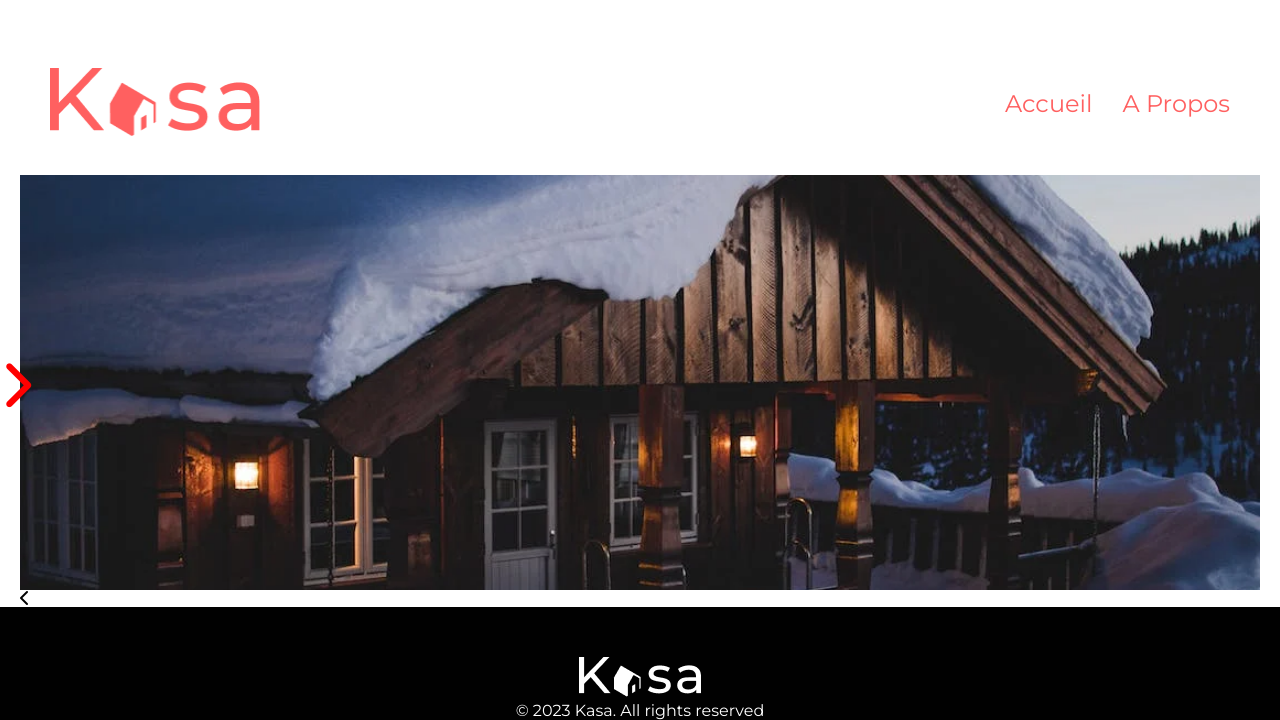
Repository: Ascaris29/Kasa_oc
Page: /essai (app in kasa_project/)
The author's editor kept a copy of each file at every save. The page is drawn from the files as they stood at one save, then again after a run of saves.
The browser window is 1280 px wide. The pictures show the whole page.
Some web libraries are served in a nearby version. The project was rebuilt for these pictures with package versions that can differ from the ones it lists, and the page was loaded fresh each time. Also part of the build but not shown: kasa_project/src/pages/homepage/Homepage.module.scss, kasa_project/src/pages/homepage/components/CardLogement.module.scss, kasa_project/src/pages/homepage/components/CardLogement.js, kasa_project/src/pages/homepage/Homepage.js, kasa_project/src/pages/404/404.module.scss, kasa_project/src/pages/404/404.js, kasa_project/src/pages/a_propos/APropos.module.scss, kasa_project/src/pages/a_propos/components/CardDescription.module.scss and 6 more.

Above is the page before, as saved 2023-03-16 16:05:23.

### kasa_project/public/index.html
<!DOCTYPE html>
<html lang="fr">
  <head>
    <meta charset="utf-8" />
    <link rel="icon" href="%PUBLIC_URL%/favicon.ico" />
    <meta name="viewport" content="width=device-width, initial-scale=1" />
    <meta name="theme-color" content="#000000" />
    <meta
      name="description"
      content="Web site created using create-react-app"
    />
    <link rel="apple-touch-icon" href="%PUBLIC_URL%/logo192.png" />
    <!--
      manifest.json provides metadata used when your web app is installed on a
      user's mobile device or desktop. See https://developers.google.com/web/fundamentals/web-app-manifest/
    -->

    <!----------------------------------------------------------- Fonts ----------------------------------------------------------------------->
    <link rel="preconnect" href="https://fonts.googleapis.com">
    <link rel="preconnect" href="https://fonts.gstatic.com" crossorigin>
    <link href="https://fonts.googleapis.com/css2?family=Montserrat:wght@400;500;600&family=Roboto&display=swap" rel="stylesheet">
    <!----------------------------------------------------------- Icons ----------------------------------------------------------------------->
    <script src="https://kit.fontawesome.com/e65359aae8.js" crossorigin="anonymous"></script>
    <!--
      Notice the use of %PUBLIC_URL% in the tags above.
      It will be replaced with the URL of the `public` folder during the build.
      Only files inside the `public` folder can be referenced from the HTML.

      Unlike "/favicon.ico" or "favicon.ico", "%PUBLIC_URL%/favicon.ico" will
      work correctly both with client-side routing and a non-root public URL.
      Learn how to configure a non-root public URL by running `npm run build`.
    -->
    <title>Kasa</title>
  </head>
  <body>
    <noscript>You need to enable JavaScript to run this app.</noscript>
    <div id="root"></div>
    <!--
      This HTML file is a template.
      If you open it directly in the browser, you will see an empty page.

      You can add webfonts, meta tags, or analytics to this file.
      The build step will place the bundled scripts into the <body> tag.

      To begin the development, run `npm start` or `yarn start`.
      To create a production bundle, use `npm run build` or `yarn build`.
    -->
  </body>
</html>

### kasa_project/src/index.js
import React from 'react';
import ReactDOM from 'react-dom/client';
import App from './App';
import reportWebVitals from './reportWebVitals';
import './assets/styles/index.scss';
import { RouterProvider } from 'react-router-dom';
import { router } from "./router";

const root = ReactDOM.createRoot(document.getElementById('root'));
root.render(
  <React.StrictMode>
    <RouterProvider router={router} />
  </React.StrictMode>
);

// If you want to start measuring performance in your app, pass a function
// to log results (for example: reportWebVitals(console.log))
// or send to an analytics endpoint. Learn more: https://bit.ly/CRA-vitals
reportWebVitals();

### kasa_project/src/App.js
import Header from "./components/header/Header";
import Footer from "./components/footer/Footer";
import style from "./App.module.scss";
import Homepage from "./pages/homepage/Homepage";
import { Outlet } from "react-router-dom";

function App() {
  return (
      <div className={`${style.app} d-flex flex-column`}>
        <Header />
          <Outlet />
        <Footer />
      </div>
  );
}

export default App;

### kasa_project/src/assets/styles/index.scss
@use './base';
@use './flex';
@use './mixins';
@use './utils';
@use './variables';

### kasa_project/src/router.js
import { createBrowserRouter } from 'react-router-dom';
import App from './App';
import Error404 from './pages/404/404';
import APropos from './pages/a_propos/APropos';
import Homepage from './pages/homepage/Homepage';
import Caroussel from './pages/logement/components/caroussel/Caroussel';
import FicheLogement from './pages/logement/FicheLogement';


export const router = createBrowserRouter([
    {
        path : "/",
        element : <App />,
        errorElement: <Error404 />,
        children : [
            {
                path : "/",
                element : <Homepage />
            } ,
            {
                path : "/homepage",
                element : <Homepage />
            },
            {
                path: "/apropos",
                element : <APropos />
            },
            {
                path: "/logement/:id",
                element : <FicheLogement />
            },
            {
                path: "/essai",
                element: <Caroussel />
            }
        ],
    }
])

### kasa_project/src/components/header/Header.js
import image from "../../assets/images/logo_header.png";
import style from "./Header.module.scss";
import { Link, NavLink } from "react-router-dom";

export default function Header(){
    return (
        <header className={`${style.header} d-flex justify-between align-center`}>
            <Link className={`${style.headerIcon}`} to="/homepage">
                <img src={image} alt="logo du site Kasa representant une maison"/>
            </Link>
            <div className={`${style.headerNav}`}>
                <ul className="d-flex">
                    <NavLink
                    className={`${style.headerItems} m-r-30`}
                    to="/homepage"
                    end
                    >
                    Accueil
                    </NavLink>
                    <NavLink
                    className={`${style.headerItems}`}
                    to="/apropos"
                    >
                    A Propos
                    </NavLink>
                </ul>
            </div>
        </header>
    )
}

### kasa_project/src/components/footer/Footer.js
import style from "./Footer.module.scss";
import image from "../../assets/images/logo_footer.png";

export default function Footer(){
    return (
        <footer className={`${style.footer} d-flex p-t-50 flex-column justify-center align-center`}>
            <div className={`${style.footerLogo} `}>
                <img src={image} alt="" />
            </div>
            <div className="footerText">
                <p>© 2023 Kasa. All rights reserved</p>
            </div>
        </footer>
    )
}

### kasa_project/src/App.module.scss
.app{
    min-height:100vh;
}

### kasa_project/src/assets/styles/_base.scss

*{
    box-sizing: border-box;
}

body{
    margin:0;
    padding:0;
    font-family: var(--montserrat);

}

p{
    margin:0;
}

li{
    list-style-type: none;

}

.link{
    color:var(--primary);
    font-size:18px;
}

.active{
    text-decoration:underline;
}

### kasa_project/src/assets/styles/_flex.scss
.d-flex{
    display: flex;
}

.flex-column{
    flex-direction : column;
}

.flex-row{
    flex-direction: row;
}

.justify-center{
    justify-content: center;
}

.align-center{
    align-items: center;
}

.flex-fill{
    flex : 1 1 auto;
}

.justify-between{
    justify-content: space-between;
}

### kasa_project/src/assets/styles/_mixins.scss
@mixin xs{
    @media (max-width:576px){
        @content;
    }
}

@mixin sm{
    @media (min-width : 577px) and (max-width : 768px){
        @content;
    }
}

@mixin sm-lt{
    @media (max-width : 768px){
        @content;
    }
}

@mixin md{
    @media (min-width : 769px) and (max-width : 992px){
        @content;
    }
}

@mixin md-lt{
    @media (max-width : 992px){
        @content;
    }
}

@mixin lg{
    @media (min-width : 993px) and (max-width : 1200px){
        @content;
    }
}

@mixin lg-lt{
    @media (max-width : 1200px){
        @content;
    }
}

@mixin xl{
    @media (min-width : 1201px){
        @content;
    }
}

### kasa_project/src/assets/styles/_utils.scss
/*------------------------------------ General ------------------------------*/
.container{
    max-width:1200px;
    margin: auto;
    width:100%;
}
.card{

}
.calc{
    position:fixed;
    top:0;
    left:0;
    width:100%;
    height:100vh;
}

/*------------------------------------ Padding ------------------------------*/
.p-5{
    padding: 5px;
}
.p-10{
    padding:10px;
}
.p-20{
   padding:20px;
}
.p-30{
    padding:30px;
}
.p-40{
    padding:40px;
}
.p-50{
    padding:50px;
}

.p-b-5{
   padding-bottom: 5px;
}
.p-b-10{
   padding-bottom: 10px;
}
.p-b-20{
    padding-bottom: 20px;
}
.p-b-30{
    padding-bottom: 30px;
}
.p-b-40{
    padding-bottom: 40px;
}
.p-b-50{
    padding-bottom: 50px;
}


.p-t-5{
    padding-top: 5px;
}
.p-t-10{
    padding-top: 10px;
}
.p-t-20{
     padding-top: 20px;
}
.p-t-30{
     padding-top: 30px;
}
.p-t-40{
    padding-top: 40px;
}
.p-t-50{
    padding-top: 50px;
}


.p-l-5{
    padding-left: 5px;
}
.p-l-10{
    padding-left: 10px;
}
.p-l-20{
     padding-left: 20px;
}
.p-l-30{
     padding-left: 30px;
}
.p-l-40{
    padding-left: 40px;
}
.p-l-50{
    padding-left: 50px;
}



.p-r-5{
    padding-right: 5px;
}
.p-r-10{
    padding-right: 10px;
}
.p-r-20{
     padding-right: 20px;
}
.p-r-30{
     padding-right: 30px;
}
.p-r-40{
    padding-right: 40px;
}
.p-r-50{
    padding-right: 50px;
}


/*------------------------------------------------ Margin -------------------------------------------*/

.m-auto{
    margin:auto;
}
.m-5{
    margin: 5px;
}
.m-10{
    margin:10px;
}
.m-20{
   margin:20px;
}
.m-30{
    margin:30px;
}
.m-40{
    margin:40px;
}
.m-50{
    margin:50px;
}



.m-b-5{
    margin-bottom: 5px;
}
.m-b-10{
    margin-bottom: 10px;
}
.m-b-20{
    margin-bottom: 20px;
}
.m-b-30{
    margin-bottom: 30px;
}
.m-b-40{
    margin-bottom: 40px;
}
.m-b-50{
    margin-bottom: 50px;
}



.m-t-5{
    margin-top: 5px;
}
.m-t-10{
    margin-top: 10px;
}
.m-t-20{
     margin-top: 20px;
}
.m-t-30{
     margin-top: 30px;
}
.m-t-40{
    margin-top: 40px;
}
.m-t-50{
    margin-top: 50px;
}




.m-l-5{
    margin-left: 5px;
}
.m-l-10{
    margin-left: 10px;
}
.m-l-20{
     margin-left: 20px;
}
.m-l-30{
     margin-left: 30px;
}
.m-l-40{
    margin-left: 40px;
}
.m-l-50{
    margin-left: 50px;
}




.m-r-5{
    margin-right: 5px;
}
.m-r-10{
    margin-right: 10px;
}
.m-r-20{
     margin-right: 20px;
}
.m-r-30{
     margin-right: 30px;
}
.m-r-40{
    margin-right: 40px;
}
.m-r-50{
    margin-right: 50px;
}

### kasa_project/src/assets/styles/_variables.scss

/*----------------------------------------------------------------------------Color-----------------------------------------------------------------*/

:root{
    --primary: #FF6060;
    --grey1:#F6F6F6;
    --grey2: #E3E3E3;
    --grey3:#C4C4C4;
    --black: #010101;
    /*----------------------------------------------------------------------------Font-----------------------------------------------------------------*/
    --montserrat : 'Montserrat', sans-serif;
    --radius:25px;
}

### kasa_project/src/pages/logement/components/caroussel/Caroussel.js
import { useState } from "react";
import style from "./Caroussel.module.scss";

import img1 from "../../../../assets/images/pexels-photo-950058.webp";
import img2 from "../../../../assets/images/pexels-photo-1013427.jpeg";
import img3 from "../../../../assets/images/pexels-photo-1612351.jpeg";

export default function Caroussel(){

    //importer les images de l'api
    const arrayImage = [
        img1,
        img2,
        img3
    ];

    const [index, setIndex] = useState(0);

    //console.log(arrayImage);
    function handleClickCarousselPrev(){
        if(index > 0 && index < arrayImage.length){
            let i = index - 1;
            setIndex(i);
        }else{
            setIndex(arrayImage.length -1);
        }
    }

    function handleClickCarousselAfter(){
        if(index < arrayImage.length){
            let i = index + 1;
            setIndex(i);
        };
    }

    //a voir avec julien
    if(index === arrayImage.length){
        setIndex(0)
    }

    return (
        <div className={`${style.caroussel}`}>
            { arrayImage.map((item, i) =>
                i === index && ( <img src={item} alt="" className={`${style.carousselImage}`}/> )
            )}
            <i className={`${style.chevronLeft} fa-solid fa-chevron-left`} onClick={handleClickCarousselPrev}></i>
            <i className={`${style.chevronRight} fa-solid fa-chevron-right`} onClick={handleClickCarousselAfter}></i>
        </div>
    )



}

### kasa_project/src/components/header/Header.module.scss
@use "../../assets/styles/mixins" as mixin;

.header{
    max-width:1240px;
    margin:auto;
    width:100%;
    padding:50px 30px 0 30px;
    .headerIcon{
        img{
            width:210px;
            height:68px;
            @include mixin.sm-lt{
                width:145px;
                height:47px;
            }
            @include mixin.xs{
                width:99px;
                height:35px;
            }
        }
    }

}
/*sorti de la classe header car sinon je ne peux pas mettre de classe active dessus*/
.headerItems{
    color:var(--primary);
    text-decoration:none;
    cursor:pointer;
    font-size:24px;
    @include mixin.sm-lt{
        font-size:20px;
    }
    @include mixin.xs{
        font-size:15px;
    }
}

### kasa_project/src/components/footer/Footer.module.scss
.footer{
    background-color:var(--black);
    color:white;
    .footerLogo{
        img{
            width:122px;
            height:40px;
        }
    }
}

### kasa_project/src/pages/logement/components/caroussel/Caroussel.module.scss
.caroussel{
    max-width:1240px;
    margin:auto;
    width:100%;
    height:415px;
    .carousselImage{
        width:100%;
        height:100%;
        object-fit:cover;
        position:relative;
        display:block;
    }
    .chevronRight{
        position:absolute;
        top:50%;
        left:0;
        font-size:50px;
        color:red;
    }
    .chevronLeft{
        position:absolute;
    }
}

Loaded but not shown: kasa_project/src/reportWebVitals.js (common file)

After the next 2 saves:
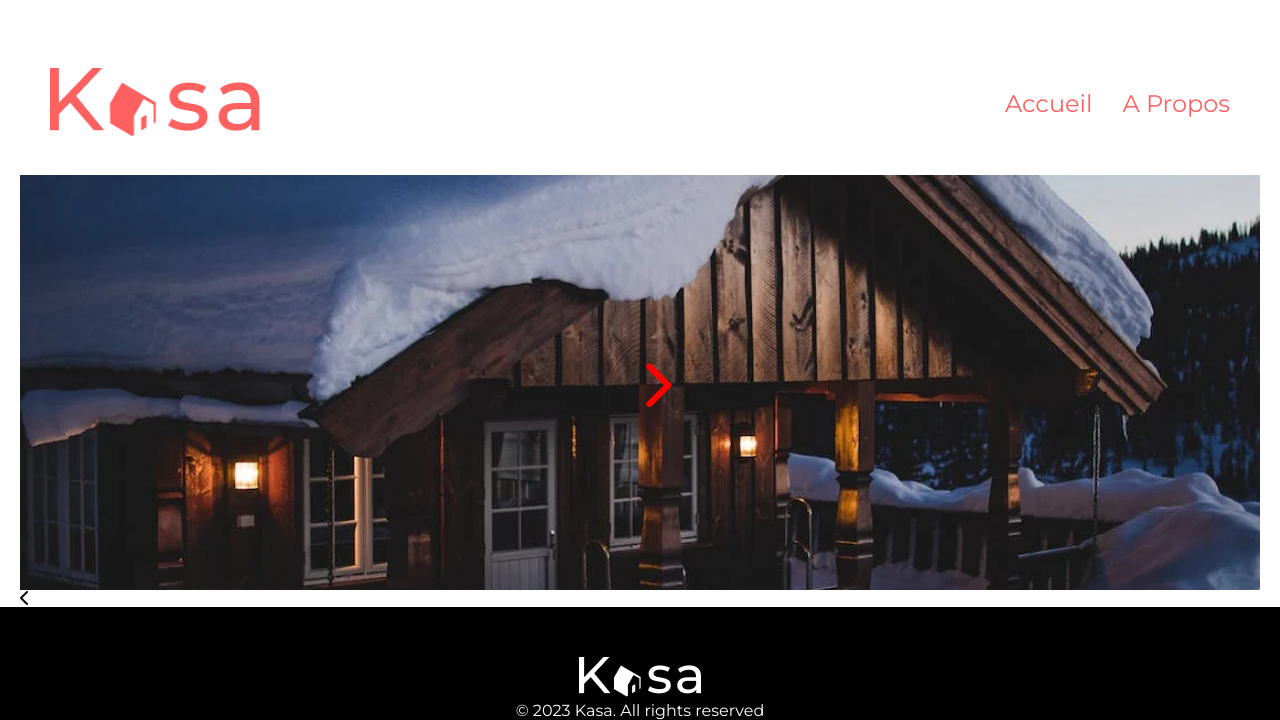
The 2 saves are shown as one change because they came seconds apart.
The last was saved 26 s later.
--- a/kasa_project/src/pages/logement/components/caroussel/Caroussel.module.scss
+++ b/kasa_project/src/pages/logement/components/caroussel/Caroussel.module.scss
@@ -13,7 +13,7 @@
     .chevronRight{
         position:absolute;
         top:50%;
-        left:0;
+        left:50%;
         font-size:50px;
         color:red;
     }
